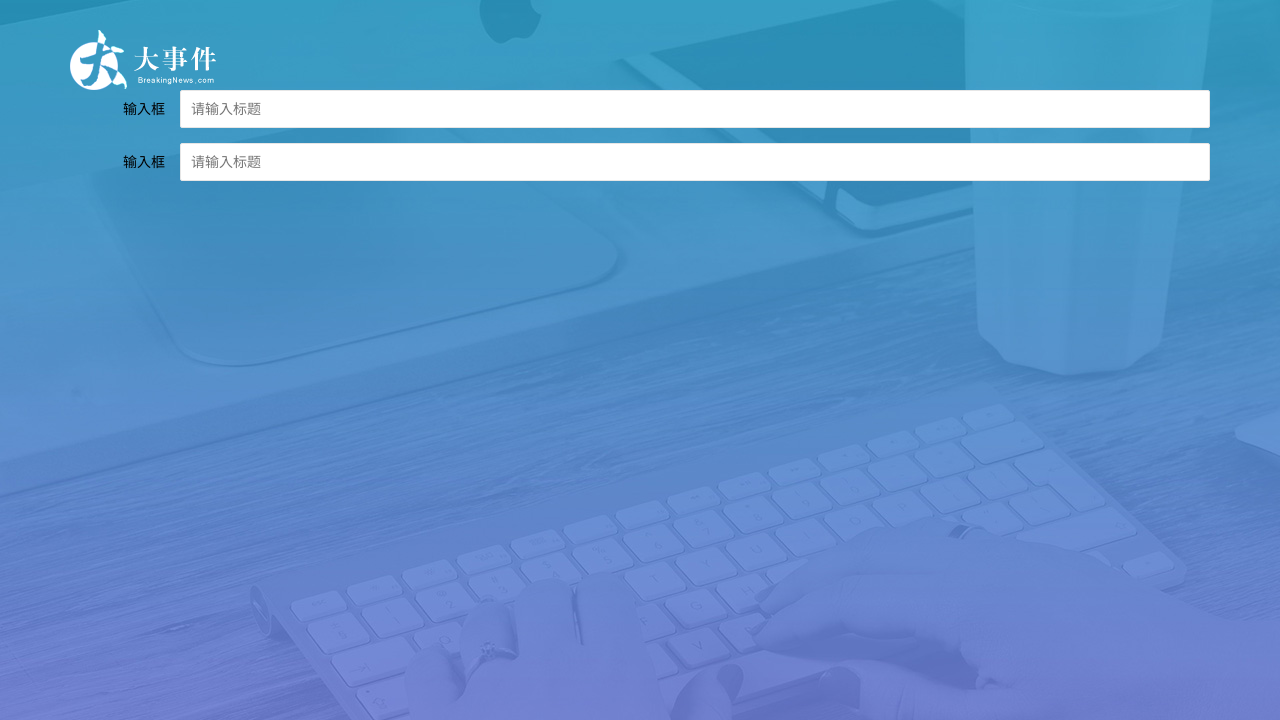
Repository: xxsleep/-
Page: home/login.html
These files come from the project's save history. The page is drawn as it stood at one moment and after the next save; the edit follows.
The browser window is 1280 px wide. The pictures show the whole page.

Above is the page before, as saved 2020-11-23 11:07:49.

### home/login.html
<!DOCTYPE html>
<html lang="en">

<head>
    <meta charset="UTF-8">
    <meta name="viewport" content="width=device-width, initial-scale=1.0">
    <title>75期-大事件后台登录页面</title>
    <link rel="stylesheet" href="/assets/lib/layui/css/layui.css">
    <link rel="stylesheet" href="/assets/css/login.css">
</head>

<body>
    <div class="container layui-main">
        <div class="head">
            <img src="../assets/images/logo.png" alt="">
        </div>
        <div class="loginbox">
            <div class="title"></div>
            <form class="layui-form" action="">
                <div class="layui-form-item">
                    <label class="layui-form-label">输入框</label>
                    <div class="layui-input-block">
                        <input type="text" name="title" required lay-verify="required" placeholder="请输入标题"
                            autocomplete="off" class="layui-input">
                    </div>
                </div>
                <div class="layui-form-item">
                    <label class="layui-form-label">输入框</label>
                    <div class="layui-input-block">
                        <input type="text" name="title" required lay-verify="required" placeholder="请输入标题"
                            autocomplete="off" class="layui-input">
                    </div>
                </div>
            </form>
        </div>
</body>

</html>

### assets/css/login.css
html, body {
  width: 100%;
  height: 100%;
  background: url(../images/login_bg.jpg) no-repeat center center/cover;
  overflow: hidden;
}

.head {
  margin-top: 30px;
}

Loaded but not shown: assets/lib/layui/css/layui.css (library)

After the next save:
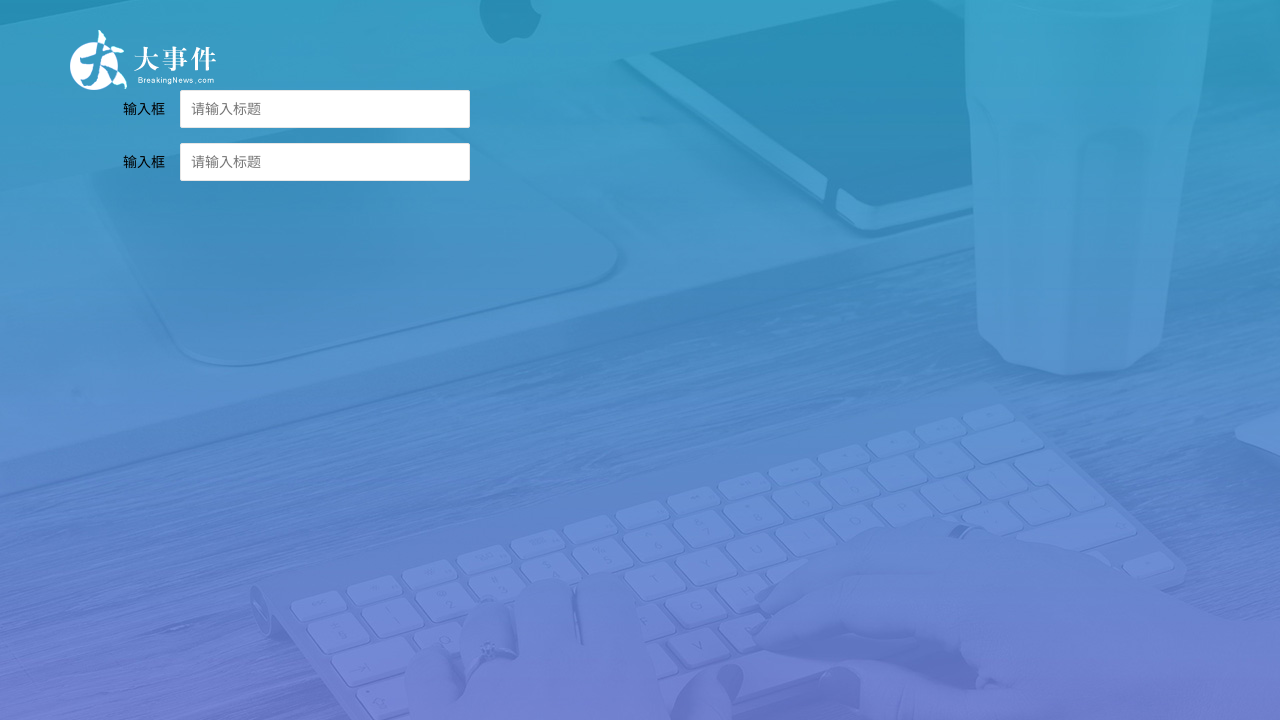
Saved 59 s later.
--- a/assets/css/login.css
+++ b/assets/css/login.css
@@ -8,3 +8,8 @@ html, body {
 .head {
   margin-top: 30px;
 }
+
+.loginbox {
+  width: 400px;
+  height: 310px;
+}
